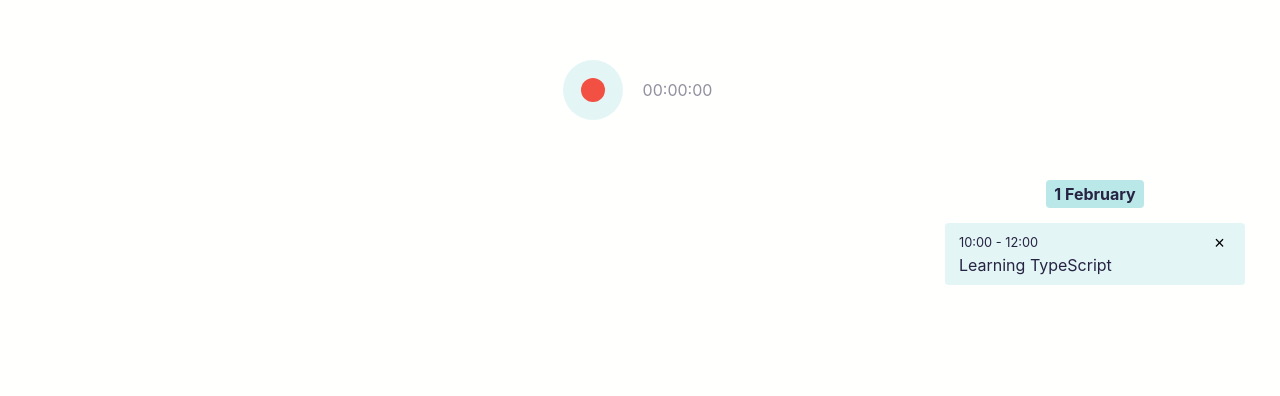
Repository: milosKomiRajkovic94/typescript-react-redux-example
Page: /
The author's editor kept a copy of each file at every save. The page is drawn from the files as they stood at one save, then again after the next save.
The browser window is 1280 px wide. The pictures show the whole page.
The project was rebuilt for these pictures with package versions that can differ from the ones it lists, and the page was loaded fresh each time. Also part of the build but not shown: src/components/App/App.css.

Above is the page before, as saved 2020-04-10 17:54:13.

### src/index.tsx
import React from 'react';
import ReactDOM from 'react-dom';
import './index.css';
import App from './components/App/App';
import { Provider } from 'react-redux';

import store from './redux/store';

ReactDOM.render(
  <Provider
    store={store}
  >
    <React.StrictMode>
      <App />
    </React.StrictMode>
  </Provider>,
  document.getElementById('root')
);

### src/index.css
@import-normalize;

html {
  background: #fffffe;
}

body {
  color: #272343;
  margin: 0;
  font-family: -apple-system, BlinkMacSystemFont, 'Segoe UI', 'Roboto', 'Oxygen',
    'Ubuntu', 'Cantarell', 'Fira Sans', 'Droid Sans', 'Helvetica Neue',
    sans-serif;
  -webkit-font-smoothing: antialiased;
  -moz-osx-font-smoothing: grayscale;
}

code {
  font-family: source-code-pro, Menlo, Monaco, Consolas, 'Courier New',
    monospace;
}

.text-center {
  text-align: center;
}

### src/components/App/App.tsx
import React from 'react';
import './App.css';
import Recorder from '../Recorder/Recorder';
import Calendar from '../Calendar/Calendar';

const App: React.FC = () => {
  return (
      <div
        className="App">
        <Recorder />
        <Calendar />
      </div>
    )
}

export default App;

### src/redux/store.ts
import {combineReducers, createStore} from 'redux';
import userEventsReducer from './user-events';
import recorderReducer from './recorder';

const rootReducer = combineReducers({
    userEvents: userEventsReducer,
    recorder: recorderReducer
});

export type RootState = ReturnType<typeof rootReducer>;

const store = createStore(rootReducer);

export default store;

### src/components/Recorder/Recorder.tsx
import React, { useRef, useState, useEffect } from 'react';
import './Recorder.css';
import { useDispatch, useSelector } from 'react-redux';
import cx from 'classnames';
import { start, stop, selectDateStart} from '../../redux/recorder';


const addZero = (num: number) => num < 10 ? `0${num}` : `${num}`;

const Recorder = () => {

    const dispatch = useDispatch();
    const dateStart = useSelector(selectDateStart);
    const started = dateStart !== '';
    let interval = useRef<number>(0);
    const [, setCount] = useState<number>(0);

    const handleClick = () => {
        dispatch(start());
        interval.current = window.setInterval(() => {
            setCount(count => count + 1);
        }, 1000);
    }

    useEffect(() => {
        if(started){
            window.clearInterval(interval.current);
            dispatch(stop());
        }else{
            return () => {
                window.clearInterval(interval.current);
            }
        }
    }, []);

    let seconds = started ? Math.floor((Date.now() - new Date(dateStart).getTime()) / 1000) : 0,
        hours = seconds ? Math.floor(seconds / 60 / 60) : 0;

    seconds -= hours * 60 * 60;

    let minutes = seconds ? Math.floor(seconds / 60) : 0;
    seconds -= minutes * 60;

    return (
        <div
            className={cx('recorder', {'recorder-started': started})}
        >
            <button onClick={handleClick}  className={'recorder-record'}>
                <span></span>
            </button>
            <div className={'recorder-counter'}>{addZero(hours)}:{addZero(minutes)}:{addZero(seconds)}</div>
        </div>
    )
}

export default Recorder;

### src/components/Calendar/Calendar.tsx
import React from 'react';
import './Calendar.css';

const Calendar: React.FC = () => {
    return(
        <div
            className={'calendar'}
        >
            <div
                className={'calendar-day'}
            >
                <div
                    className={'calendar-day-label'}>
                    <span> 1 February </span>
                </div>
                <div
                    className={'calendar-events'}
                >
                    <div
                        className={'calendar-event'}
                    >
                        <div
                            className={'calendar-event-info'}
                        >
                            <div
                                className={'calendar-event-time'}
                            >
                                10:00 - 12:00
                            </div>
                            <div
                                className={'calendar-event-title'}
                            >
                                Learning TypeScript
                            </div>
                        </div>
                        <button
                            className={'calendar-event-delete-button'}
                        >
                            &times;
                        </button>
                    </div>
                </div>
            </div>
        </div>
    )
}

export default Calendar;

### src/redux/user-events.ts
import { AnyAction } from "redux";

interface UserEvent{
    id: number;
    title: string;
    dateStart: string;
    dateEnd: string;
}

interface UserEventsState {
    byIds: Record<UserEvent['id'], UserEvent>;
    allIds: UserEvent['id'][];
}

const initialState: UserEventsState = {
    byIds: {},
    allIds: []
}

const userEventsReducer = (state: UserEventsState = initialState, action: AnyAction) => {
    switch(action.type){

        default:
            return state;
    }
}

export default userEventsReducer;

### src/redux/recorder.ts

import { Action } from 'redux';
import { RootState } from './store';

interface RecorderState {
    dateStart: string;
    dateEnd?: string;
}

const START = 'recorder/start';
const STOP = 'recorder/stop';

type StartAction =  Action<typeof START>;
type StopAction = Action<typeof STOP>;

export const start = ():StartAction => ({
    type: START
})

export const stop = ():StopAction => ({
    type: STOP
})

export const selectRecorderState = (rootState: RootState) => rootState.recorder;
export const selectDateStart = (rootState: RootState) => selectRecorderState(rootState).dateStart;

const initialState: RecorderState = {
    dateStart: ''
}

const recorderReducer = (state: RecorderState = initialState, action: StartAction | StopAction) => {
    switch(action.type){
        case START: {
            return {...state, dateStart: new Date().toISOString()}
        }
        case STOP: {
            return {...state, dateStart: ''};
        }
        default: return state;
    }
}

export default recorderReducer;

### src/components/Recorder/Recorder.css
.recorder {
    align-items: center;
    display: flex;
    justify-content: center;
    margin: 60px 0 40px;
  }

  .recorder-record {
    background: #e3f6f5;
    border: 0;
    border-radius: 50%;
    cursor: pointer;
    height: 60px;
    width: 60px;
  }

  .recorder-record span {
    background: #f25042;
    border-radius: 50%;
    display: inline-block;
    height: 24px;
    vertical-align: middle;
    width: 24px;
    transition: all 0.3s ease-out;
  }

  .recorder-started .recorder-record span {
    border-radius: 0;
    height: 22px;
    width: 22px;
  }

  .recorder-counter {
    margin: 0 0 0 15px;
    text-align: center;
    width: 80px;
    opacity: 0.5;
    transition: opacity 0.3s ease-out;
  }

  .recorder-started .recorder-counter {
    opacity: 1;
  }

### src/components/Calendar/Calendar.css
.calendar {
    display: flex;
    flex-direction: row-reverse;
    margin: 0 15px;
    padding: 20px 0;
    overflow-x: auto;
  }

  .calendar-day {
    flex: 0 0 300px;
    padding: 0 20px;
  }

  .calendar-day-label {
    font-size: 16px;
    margin: 0 0 15px;
    text-align: center;
  }

  .calendar-day-label span {
    background: #bae8e8;
    border-radius: 4px;
    color: #272343;
    display: inline-block;
    font-weight: bold;
    padding: 4px 8px;
  }

  .calendar-event {
    align-items: flex-start;
    background: #e3f6f5;
    border-radius: 4px;
    display: flex;
    justify-content: space-between;
    flex-wrap: wrap;
    margin: 0 0 10px;
    padding: 8px 14px;
  }

  .calendar-event-info {
    flex-grow: 1;
    flex-basis: 82%;
    line-height: 23px;
  }

  .calendar-event-time {
    font-size: 0.8em;
  }

  .calendar-event-delete-button {
    appearance: none;
    background: none;
    border: 0;
    cursor: pointer;
    flex-shrink: 0;
    height: 23px;
    font-size: 18px;
    line-height: 20px;
    margin: 0 0 0 10px;
    padding: 0;
    width: 23px;
  }

Loaded but not shown: public/index.html (common file)

After the next save:
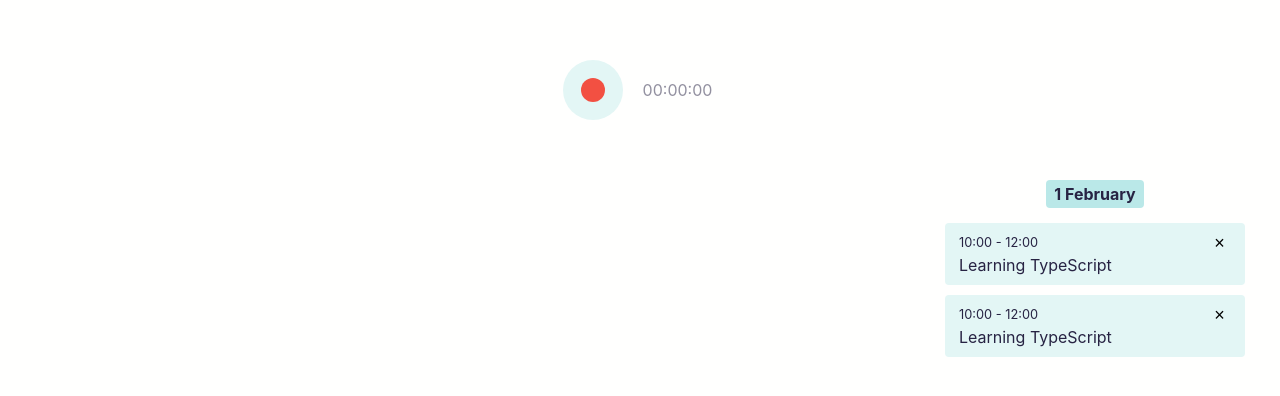
Saved 97 s later.
--- a/src/components/Calendar/Calendar.tsx
+++ b/src/components/Calendar/Calendar.tsx
@@ -39,6 +39,29 @@
                             &times;
                         </button>
                     </div>
+                    <div
+                        className={'calendar-event'}
+                    >
+                        <div
+                            className={'calendar-event-info'}
+                        >
+                            <div
+                                className={'calendar-event-time'}
+                            >
+                                10:00 - 12:00
+                            </div>
+                            <div
+                                className={'calendar-event-title'}
+                            >
+                                Learning TypeScript
+                            </div>
+                        </div>
+                        <button
+                            className={'calendar-event-delete-button'}
+                        >
+                            &times;
+                        </button>
+                    </div>
                 </div>
             </div>
         </div>

After the save that followed:
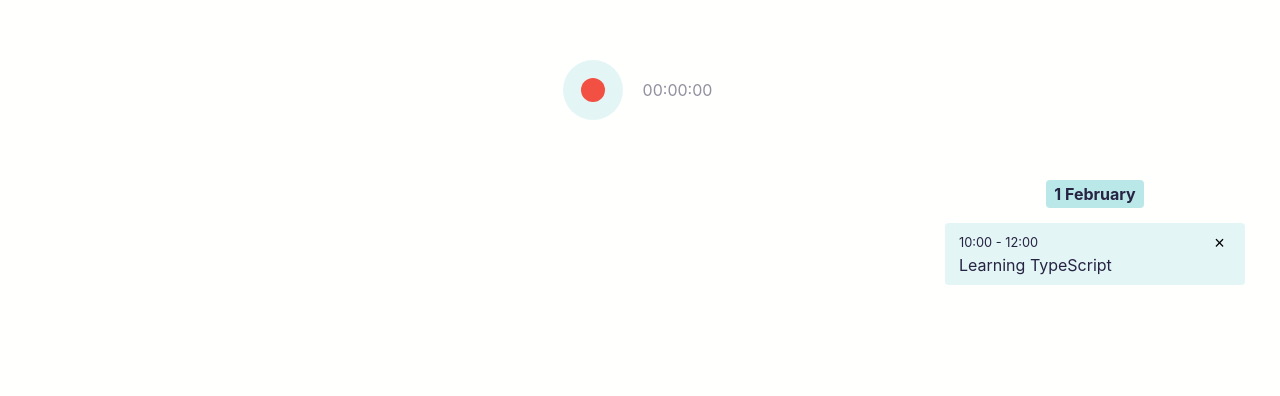
Saved 13 s later.
--- a/src/components/Calendar/Calendar.tsx
+++ b/src/components/Calendar/Calendar.tsx
@@ -39,29 +39,6 @@
                             &times;
                         </button>
                     </div>
-                    <div
-                        className={'calendar-event'}
-                    >
-                        <div
-                            className={'calendar-event-info'}
-                        >
-                            <div
-                                className={'calendar-event-time'}
-                            >
-                                10:00 - 12:00
-                            </div>
-                            <div
-                                className={'calendar-event-title'}
-                            >
-                                Learning TypeScript
-                            </div>
-                        </div>
-                        <button
-                            className={'calendar-event-delete-button'}
-                        >
-                            &times;
-                        </button>
-                    </div>
                 </div>
             </div>
         </div>
